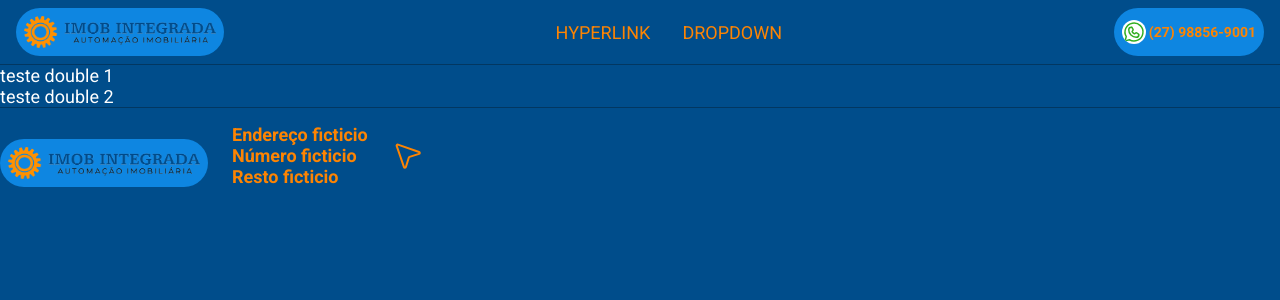
Repository: K0slov/testeAPI
Page: /
An editor plug-in stored every save of this project. The page is shown before and after the next save, followed by the edit.
The browser window is 1280 px wide. The pictures show the whole page.
The project was rebuilt for these pictures with package versions that can differ from the ones it lists, and the page was loaded fresh each time. Also part of the build but not shown: vite.config.ts.

Above is the page before, as saved 2022-06-27 20:32:14.

### index.html
<!DOCTYPE html>
<html lang="en">
  <head>
    <meta charset="UTF-8" />
    <link rel="icon" type="image/svg+xml" href="/src/favicon.svg" />
    <meta name="viewport" content="width=device-width, initial-scale=1.0" />
    <link rel="preconnect" href="https://fonts.googleapis.com" />
    <link rel="preconnect" href="https://fonts.gstatic.com" crossorigin />
    <link href="https://fonts.googleapis.com/css2?family=Roboto:wght@400;500;700&display=swap" rel="stylesheet" />
    <title>Teste Imob</title>
  </head>
  <body>
    <div id="root"></div>
    <script type="module" src="/src/main.tsx"></script>
  </body>
</html>

### src/App.tsx
import { CardsGroup } from "./components/CardsGroup/cardsGroup"
import { Footer } from "./components/Footer/footer"
import { Header } from "./components/Header/header"


function App() {
  return (
    <>
      <Header />
      <CardsGroup />
      <Footer />
    </>
  )
}

export default App

### src/styles/global.css
body {
  height: 100%;
  margin: 0;
  font-family: 'Roboto', sans-serif;
  font-size: 18px;
  -webkit-font-smoothing: antialiased;
  -moz-osx-font-smoothing: grayscale;
  background-color: #004d8b;
  color: white;
}
code {
  font-family: source-code-pro, Menlo, Monaco, Consolas, 'Courier New',
    monospace;
}

### src/components/CardsGroup/cardsGroup.tsx
import './style.css'

export function CardsGroup() {
    return (
        <div className="group">
            <div className="double">teste double 1</div>
            <div className="double">teste double 2</div>
        </div>
    )
}

### src/components/Footer/footer.tsx
import './style.css'
import image from '../../assets/logoLaranja.png'
import { NavigationArrow } from 'phosphor-react'

export function Footer() {
    return (
        <footer>
            <img src={image} />
            <a className='adressLink' href='' target='_blank'>
                <div className='adress'>
                    <span>Endereço ficticio</span>
                    <span>Número ficticio</span>
                    <span>Resto ficticio</span>
                </div>
                <NavigationArrow size={32} />
            </a>
        </footer>
    )
}

### src/components/Header/header.tsx
import './style.css'
import image from '../../assets/logoLaranja.png'
import { WhatsappLogo } from "phosphor-react";

export function Header() {
    return(
        <header className='header'>
            <img className='img' src={image} />

            <nav className="menu">
                <a className="menu-item" href=" ">HYPERLINK</a>
                <a className="menu-item" href=" ">DROPDOWN</a>
            </nav>

            <a className="wppLink" href="">
                <div className="wpp">
                    <WhatsappLogo className="icon" size={24} color="#34af23" />
                    <p className="number">(27) 98856-9001</p>
                </div>
            </a>
        </header>
    )
}

### src/components/Footer/style.css
footer {
    width: 100%;
    padding: 1rem 0rem;
    background-color: #004d8b;
    display: flex;
    color: #fd8402;
    bottom: 0;
    align-items: self-end;
    justify-content: flex-start;
    border-top: 1px solid;
    border-color: #023761;
}
img {
    width: 12rem;
    height: 2rem;
    background: #0e86e1;
    border-radius: 5rem;
    padding: 0.5rem;
}
.adress {
    display: flex;
    flex-direction: column;
    margin: 0rem 1.5rem;
}
.adressLink {
    text-decoration: none;
    color: #fd8402;
    font-weight: bold;
    display: flex;
    align-items: center;
    justify-content: flex-start;
}

### src/components/Header/style.css
.header{
    padding: 0.5rem 1rem;
    background-color: #004d8b;
    display: flex;
    align-items: center;
    color: #fd8402;
    justify-content: space-between;
    border-bottom: 1px solid ;
    border-color: #023761;
}
.img{
    width: 12rem;
    height: 2rem;
    background: #0e86e1;
    border-radius: 5rem;
    padding: 0.5rem;
}
.wpp {
    width: auto;
    height: 2rem;
    display: flex;
    flex-direction: row;
    background: #0e86e1;
    border-radius: 5rem;
    padding: 0.5rem;
    align-items: center;
    justify-content: flex-start;
}
.number {
    margin-left: 0.2rem;
    font-size: 14px;
}
.wppLink {
    text-decoration: none;
    color: #fd8402;
    font-weight: bold;
}
.wppLink:hover {
    color: #0e86e1;
    transition-duration: 150ms;
}
.wpp:hover {
    background: #fd8402;
    transition-duration: 150ms;
}
.menu {
    display: flex;
    justify-content: space-between;
}

.menu-item {
    margin: 0rem 1rem;
    color: #fd8402;
    text-decoration: none;
}
.menu-item:hover {
    opacity: 40%;
}
.icon {
    background: white;
    border-radius: 50%;
}

### src/components/CardsGroup/style.css
.grpup {
    margin: 1rem 3rem;
    width: auto;
    height: auto;
}

Loaded but not shown: src/main.tsx (common file)

After the next save:
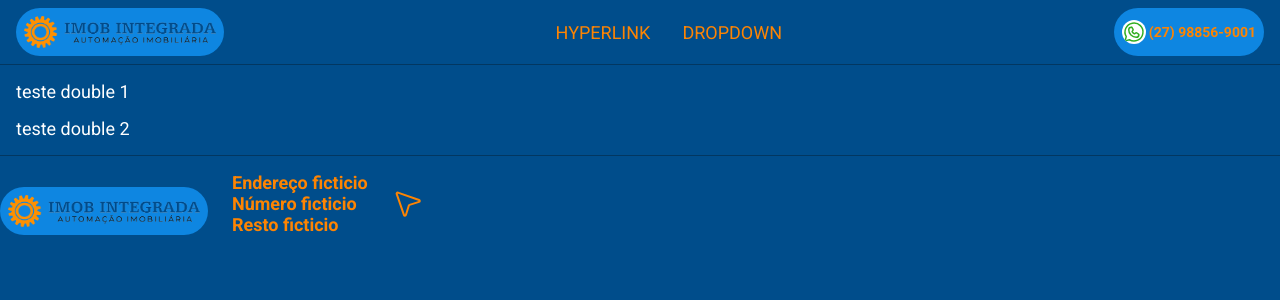
Saved 62 s later.
--- a/src/components/CardsGroup/style.css
+++ b/src/components/CardsGroup/style.css
@@ -2,4 +2,13 @@
     margin: 1rem 3rem;
     width: auto;
     height: auto;
+    display: flex;
+    flex-direction: column;
 }
+.double {
+    margin: 1rem;
+    width: auto;
+    height: auto;
+    display: flex;
+    flex-direction: row;
+}
